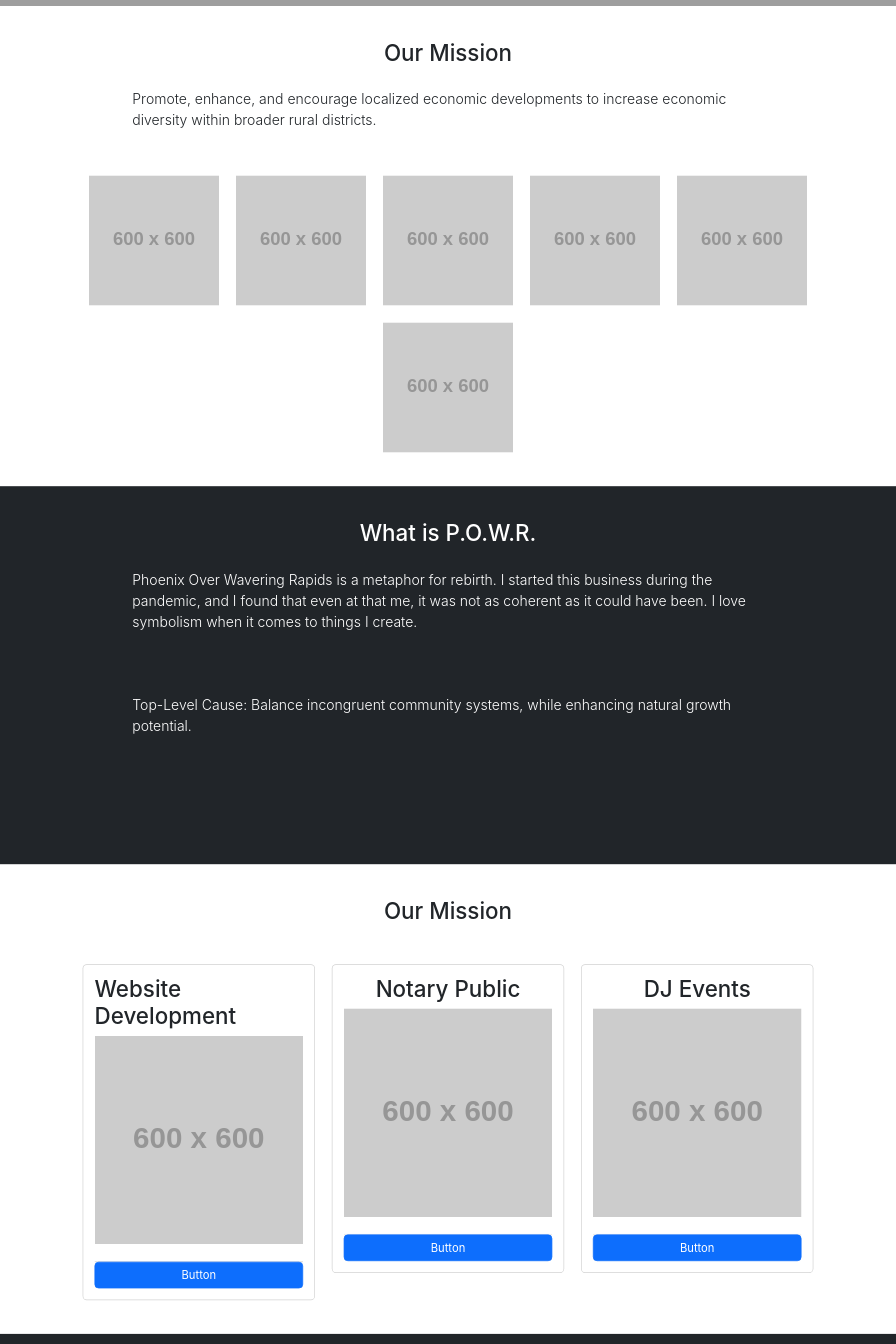
Repository: DragonFruit8/basic-website
Page: /
An editor plug-in stored every save of this project. The page is shown before and after the next save, followed by the edit.
The browser window is 1280 px wide. The pictures show the part of the page from y = 712 to 2632 px (the page is 2913 px tall before and 3681 px after), at 70% of full size.
Pictures or frames that could not be fetched are drawn as grey boxes. The project was rebuilt for these pictures with package versions that can differ from the ones it lists, and the page was loaded fresh each time. Also part of the build but not shown: src/Img/ProductImage.js, src/pages/ShopPage.js.

Above is the page before, as saved 2024-06-23 09:38:34.

### public/index.html
<!DOCTYPE html>
<html lang="en">
  <head>
    <meta charset="utf-8" />
    <link rel="icon" href="%PUBLIC_URL%/favicon.ico" />
    <meta name="viewport" content="width=device-width, initial-scale=1" />
    <meta name="theme-color" content="#000000" />
    <meta
      name="description"
      content="Web site created using create-react-app"
    />
    <link rel="apple-touch-icon" href="%PUBLIC_URL%/logo192.png" />
    <!--
      manifest.json provides metadata used when your web app is installed on a
      user's mobile device or desktop. See https://developers.google.com/web/fundamentals/web-app-manifest/
    -->
    <link rel="manifest" href="%PUBLIC_URL%/manifest.json" />
    <link href="https://cdn.jsdelivr.net/npm/bootstrap@5.3.3/dist/css/bootstrap.min.css" rel="stylesheet" integrity="sha384-QWTKZyjpPEjISv5WaRU9OFeRpok6YctnYmDr5pNlyT2bRjXh0JMhjY6hW+ALEwIH" crossorigin="anonymous">
    <!--
      Notice the use of %PUBLIC_URL% in the tags above.
      It will be replaced with the URL of the `public` folder during the build.
      Only files inside the `public` folder can be referenced from the HTML.

      Unlike "/favicon.ico" or "favicon.ico", "%PUBLIC_URL%/favicon.ico" will
      work correctly both with client-side routing and a non-root public URL.
      Learn how to configure a non-root public URL by running `npm run build`.
    -->
    <title>React App</title>
  </head>
  <body>
    <noscript>You need to enable JavaScript to run this app.</noscript>
    <div id="root"></div>
    <!--
      This HTML file is a template.
      If you open it directly in the browser, you will see an empty page.

      You can add webfonts, meta tags, or analytics to this file.
      The build step will place the bundled scripts into the <body> tag.

      To begin the development, run `npm start` or `yarn start`.
      To create a production bundle, use `npm run build` or `yarn build`.
    -->
    <script src="https://cdn.jsdelivr.net/npm/@popperjs/core@2.11.8/dist/umd/popper.min.js" integrity="sha384-I7E8VVD/ismYTF4hNIPjVp/Zjvgyol6VFvRkX/vR+Vc4jQkC+hVqc2pM8ODewa9r" crossorigin="anonymous"></script>
<script src="https://cdn.jsdelivr.net/npm/bootstrap@5.3.3/dist/js/bootstrap.min.js" integrity="sha384-0pUGZvbkm6XF6gxjEnlmuGrJXVbNuzT9qBBavbLwCsOGabYfZo0T0to5eqruptLy" crossorigin="anonymous"></script>
  </body>
</html>

### src/App.js
import React from 'react';
import { BrowserRouter as Router, Routes, Route } from 'react-router-dom';
import './App.css';
import Navbar from './components/Navbar';
import Sidebar from './components/Sidebar';
import HomePage from './pages/HomePage';
import ShopPage from './pages/ShopPage';

function App() {

  return (
    <>
      <Router>
        <Navbar />
        <Sidebar />
        <Routes>
          <Route path="/" element={<HomePage />} />
          <Route path="/shop" element={<ShopPage />} />
        </Routes>
   </Router>
    </>
  );
}

export default App;

### src/App.css
.App {
  text-align: center;
  z-index: -10;
}

.App-logo {
  height: 40vmin;
  pointer-events: none;
  z-index: 0;
}

@media (prefers-reduced-motion: no-preference) {
  .App-logo {
    animation: App-logo-spin infinite 20s linear;
  }
}

.App-header {
  background-color: #282c34;
  min-height: 100vh;
  display: flex;
  flex-direction: column;
  align-items: center;
  justify-content: center;
  font-size: calc(10px + 2vmin);
  color: white;
}

.App-link {
  color: #61dafb;
}
#sidebar {
  display: flex;
  flex-direction: column;
  background-color: transparent !important;
  height: 100%;
  width: 100px;
  position: fixed;
  top: 55px;
  left: 0;
  z-index: 1;
  overflow-x: hidden;
  padding-top: 20px;
  z-index: 10;
  /* rounded corners*/
  border-radius: 100px;

}

#offcanvasNavbar{
  position: fixed;
  margin-top: 55px;
}

#sidebarButton {
  position: absolute;
  bottom: 100px;
  left: 0px;
  width: 75px;
  height: 75px;
  border: none;
  color: white;
  padding: 10px 10px;
  text-align: center;
  text-decoration: none;
  display: inline-block;
  font-size: 16px;
  margin: auto auto -30px 10px;
  cursor: pointer;
  z-index: 100;
  border-radius: 100%;
  background-color: #007bff;
}

#closeButton, .btn-close {
  color: white !important;
  margin-left: 15px;
}
#aboutSec {
  height: 75vh;
}
.offcanvas-body {
 padding: 0 100px 0 100px;
}
#luna {
  position: relative;
  background-size: cover;
  background-repeat: no-repeat;
  background-position: center;
  height: auto;
  width: 250px;
  margin: 0 auto;
}

/* HomePage Hero */
.hero {
  height: 100vh;
  width: 100%;
  display: flex;
  align-items: center;
  color: white !important;
  text-align: center;
  font-size: 2rem;
  font-weight: 700;
  background: url('https://unsplash.com/photos/photo-of-outer-space-Q1p7bh3SHj8');
  background-size: cover;
  background-repeat: no-repeat;
  background-position: center;
  background-color: rgba(0, 0, 0, 0.8);

}
.hero-content
.dropdown-item {
  width: 100%;
  margin: 0 auto;
  color: white;
  background-color: #007bff;
}
.dropdown-item:hover {
  background-color: #0056b3;
  color: white;
}


a.nav-link, a.nav-item {
  color: white !important;
}
a.nav-link, a.nav-item {
 padding: 20px 0 20px 0;
}

a.nav-link:hover, a.nav-item:hover {
  color: #ffd000 !important;
}
a.active {
  color: #007bff !important;
}

/* Shop */
.shop {
  height: auto;
  width: 100%;
  display: flex;
  align-items: center;
  color: white !important;
  flex-direction: col !important;
  text-align: center;
  font-size: 2rem;
  font-weight: 700;
  background: url('https://unsplash.com/photos/photo-of-outer-space-Q1p7bh3SHj8');
  background-size: cover;
  background-repeat: no-repeat;
  background-position: center;
  background-color: rgba(0, 0, 0, 0.8);
  flex-wrap: wrap;
  padding-top: 150px;
  padding: 150px 0 150px 0;

}
#shopItem {
  min-width: 400px;
  margin: 0 auto;
  color: white;
  list-style-type: none;
  padding: 0;
}

@keyframes App-logo-spin {
  from {
    transform: rotate(0deg);
  }
  to {
    transform: rotate(360deg);
  }
}

### src/components/Navbar.js
import React from 'react';
import data from '../../src/data';
// import axio from '../Instance';
// import Button from 'react-bootstrap/Button';
// import Modal from 'react-bootstrap/Modal';


const Navbar = () => {

    // const [email, setEmail] = useState('');
    // const [comment, setComment] = useState('');
    // const [show, setShow] = useState(false);

    // const handleClose = () => setShow(false);
    // const handleShow = () => setShow(true);

    // const clearForm = () => {
    //     setEmail('');
    //     setComment('');
    // };



    // const handleSubmit = (event) => {
    //     event.preventDefault();

    //     axio.post('/comments', {
    //         email,
    //         comment
    //     })
    //         .then(() => {
    //             console.log('Review submitted');
    //         })
    //         .catch((error) => {
    //             console.log(error);
    //         });
    //     clearForm();
    // };

    const path = window.location.pathname;
    return (
        <>
            {/* navbar navbar-expand-lg bg-body-tertiary navbar-dark bg-dark */}
            <nav className="navbar navbar-dark navbar-expand-lg bg-dark fixed-top">
                <div className="container-fluid ps-5">
                    <a className="navbar-brand" href="/">LOGO</a>
                    <button className="navbar-toggler" type="button" data-bs-toggle="collapse" data-bs-target="#navbarNav" aria-controls="navbarNav" aria-expanded="false" aria-label="Toggle navigation">
                        <span className="navbar-toggler-icon"></span>
                    </button>
                    <div className="collapse navbar-collapse" id="navbarNav">
                        <ul className="navbar-nav my-2 ms-auto me-0">
                            <li className="nav-item">
                                <a className={`nav-link ${path === `/${data.link1.b}` ? 'active' : ''}`} aria-current="page" href={`/${data.link1.b}`}>{data.link1.a}</a>
                            </li>
                            <li className="nav-item">
                                <a className={`nav-link ${path === `/${data.link2.b}` ? 'active' : ''}`} aria-current="page" href={`/${data.link2.b}`}>{data.link2.a}</a>
                            </li>
                            <li className="nav-item">
                                <a className={`nav-link ${path === `/${data.link3.b}` ? 'active' : ''}`} aria-current="page" href={`/${data.link3.b}`}>{data.link3.a}</a>
                            </li>
                        </ul>
                        {/* <span id='reviewModal' className="d-flex">
                                <Button variant="primary" onClick={handleShow}>Write a Review</Button>
                            </span> */}
                    </div>
                </div>
            </nav>
            {/* <Modal show={show} onHide={handleClose}>
                <Modal.Header closeButton>
                    <Modal.Title>Modal heading</Modal.Title>
                </Modal.Header>
                <Modal.Body>
                    <div
                        className="modal show"
                        style={{ display: 'block', position: 'initial' }}
                    >
                        <form // onSubmit={handleSubmit}
                        >
                            <div className="form-group">
                                <label htmlFor="email"
                                    className='form-label fs-5'
                                >Email</label>
                                <input
                                    type="email"
                                    id="email"
                                    value={email}
                                    onChange={(event) => setEmail(event.target.value)}
                                    required
                                    className='form-control'
                                />
                            </div>
                            <div className="form-group">
                                <label htmlFor="comment"
                                    className='form-label fs-5'
                                >Comment</label>
                                <textarea
                                    id="comment"
                                    value={comment}
                                    onChange={(event) => setComment(event.target.value)}
                                    required
                                    className='form-control'
                                />
                            </div>
                            <Button type="submit">Submit</Button>
                        </form>
                    </div>
                </Modal.Body>
                <Modal.Footer>
                    <Button variant="secondary" onClick={handleClose}>
                        Close
                    </Button>
                </Modal.Footer>
            </Modal> */}
        </>
    );
}

export default Navbar;

### src/components/Sidebar.js
import React from 'react'

export const canvasButton = () => {
    return (
        <button id='sidebarButton' className="btn btn-primary" type="button" data-bs-toggle="offcanvas" data-bs-target="#offcanvasNavbar" aria-controls="offcanvasNavbar">
        MENU
        </button>
    )
    }
export default function Sidebar() {

    return (
        <div>
            <sidebar id="sidebar" className="navbar bg-body-tertiary fixed-top">
                <div className="container-fluid">
                    <div className="offcanvas offcanvas-start bg-dark" tabindex="-1" id="offcanvasNavbar" aria-labelledby="offcanvasNavbarLabel">

                        <div className="offcanvas-body">
                            <ul className="navbar-nav justify-content-end flex-grow-1 pe-3 mt-5">

                                        <li><a className="nav-link" href="/shop">Shop</a></li>
                                        <li><a className="nav-link" href="/">Review</a></li>
                                        <li>
                                            <hr className="dropdown-divider" />
                                        </li>
                                        <li><a className="nav-link" href="/">Vote</a></li>
                            </ul>
                            {/* <form className="d-flex mt-3" role="search">
                                <input className="form-control me-2" type="search" placeholder="Search" aria-label="Search" />
                                <button className="btn btn-outline-success" type="submit">Search</button>
                            </form> */}
                        </div>
                    <div className="offcanvas-footer d-flex justify-content-start mb-5 ms-3">
                        {/* <h5 className="offcanvas-title" id="offcanvasNavbarLabel"></h5> */}
                        <button id='close' type="button" className="btn-close" data-bs-dismiss="offcanvas" aria-label="Close"></button>
                    </div>
                    </div>
                </div>
                {
                    canvasButton()
                }
            </sidebar>


        </div>
    )
}

### src/pages/HomePage.js
import React from 'react';
import MissionSec from '../sections/MissionSec';
import AboutSec from '../sections/AboutSec';
import ServiceSec from '../sections/ServiceSec';
import SupportSec from '../sections/SupportSec';
import HeroSec from '../sections/HeroSec';

const HomePage = () => {
    return (
        <>
            <HeroSec />
            <MissionSec />
            <AboutSec />
            <ServiceSec />
            <SupportSec />
        </>
    );
};

export default HomePage;

### src/data.js
const data = {
    thcProductsLink: { a: 'THC Products', b: 'thc-products' },
    ballroomDanceLessonsLink: { a: 'Ballroom Dance Lessons', b: 'ballroom-dance-lessons' },
    reviewsLink: { a: 'Reviews', b: 'reviews' },
    link1: { a: 'Shop', b: 'shop' },
    link2: { a: 'Review', b: 'review' },
    link3: { a: 'Vote', b: 'vote' }
};

export default data;

### src/sections/MissionSec.js
import React from 'react'

function MissionSec() {
  return (
      <section>
          <div className="container py-5">
          <div className="row justify-content-center gap-5">
            <div className="col-lg-10 d-flex row gap-4">
              <h2 className="text-center">Our Mission</h2>
                      <p className="lead">Promote, enhance, and encourage localized economic developments to increase economic
                          diversity within broader rural districts.</p>
            </div>

          <div className="d-flex flex-wrap gap-4 justify-content-center">
            {/* Data Items .map + flex-wrap min-width */}
                  <div className="col-2">
                  <img src="https://via.placeholder.com/600" alt="placeholder" className="img-fluid" />
                  </div>
                  <div className="col-2">
                  <img src="https://via.placeholder.com/600" alt="placeholder" className="img-fluid" />
                  </div>
                  <div className="col-2">
                  <img src="https://via.placeholder.com/600" alt="placeholder" className="img-fluid" />
                  </div>
                  <div className="col-2">
                  <img src="https://via.placeholder.com/600" alt="placeholder" className="img-fluid" />
                  </div>
                  <div className="col-2">
                  <img src="https://via.placeholder.com/600" alt="placeholder" className="img-fluid" />
                  </div>
                  <div className="col-2">
                  <img src="https://via.placeholder.com/600" alt="placeholder" className="img-fluid" />
                  </div>
                              </div>
              </div>
        </div>
      </section>
  )
}

export default MissionSec

### src/sections/AboutSec.js
import React from 'react'

function AboutSec() {
  return (
      <section id="aboutSec" className='bg-dark text-white'>
          <div className="container py-5">
          <div className="row justify-content-center gap-5">
          <div className="col-lg-10 d-flex row gap-4">
              <h2 className="text-center">What is P.O.W.R.</h2>
            <p className="lead">Phoenix Over Wavering Rapids is a metaphor for rebirth. I started this business during the pandemic, and I
              found that even at that me, it was not as coherent as it could have been. I love symbolism when it comes to
              things I create.</p>
            <br />
            <p className="lead">Top-Level Cause: Balance incongruent community systems, while enhancing natural growth potential. </p>
          </div>
        </div>
      </div>
      </section>
  )
}

export default AboutSec

### src/sections/ServiceSec.js
import React from 'react'

function ServiceSec() {
  return (
    <section>
      <div className="container py-5">
        <div className="row justify-content-center gap-5">
          <div className="col-lg-10 d-flex row gap-4">
            <h2 className="text-center">Our Mission</h2>
          </div>

          <div class="container px-5">
            <div className="row justify-content-center flex-wrap">
            {/* Data Items .map + flex-wrap min-width */}
              <div className="col">
                <div class="card">
                  <div class="card-body">
                  <h2 className="card-title d-flex justify-content-center">Website Development</h2>
                    <img src="https://via.placeholder.com/600" alt="placeholder" className="img-fluid" />
                    <div class="card-footer d-flex p-0 mt-4">
                    <button className="btn btn-primary flex-fill">Button</button>
                    </div>
                  </div>
                </div>
              </div>
              <div className="col">
                <div class="card">
                  <div class="card-body">
                  <h2 className="card-title d-flex justify-content-center">Notary Public</h2>
                    <img src="https://via.placeholder.com/600" alt="placeholder" className="img-fluid" />
                    <div class="card-footer d-flex p-0 mt-4">
                    <button className="btn btn-primary flex-fill">Button</button>
                    </div>
                  </div>
                </div>
              </div>
              <div className="col">
                <div class="card">
                  <div class="card-body">
                  <h2 className="card-title d-flex justify-content-center">DJ Events</h2>
                    <img src="https://via.placeholder.com/600" alt="placeholder" className="img-fluid" />
                    <div class="card-footer d-flex p-0 mt-4">
                    <button className="btn btn-primary flex-fill">Button</button>
                    </div>
                  </div>
                </div>
              </div>
            </div>
                    </div>
          </div>
      </div>
    </section>
  )
}

export default ServiceSec

### src/sections/SupportSec.js
import React from 'react'
// import Badge from 'react-bootstrap/Badge';
import LunaLogo from '../Img/LunaLogo';

const SupportSec = () => {


    return (
      <section id="supportSec" className='bg-dark text-white'>
        <div className="container py-5">
          <div className="row justify-content-center gap-5">
            <div className="col-lg-12 d-flex row gap-5">
              <h2 className="text-center">Support</h2>
              <div className='row gap-5 flex-wrap my-2'>
                <div className='col py-2'>
                  <LunaLogo />
                </div>
                <div className='col py-2'>
                 <LunaLogo />
                </div>
                <div className='col py-2'>
                  <LunaLogo />
                </div>
                <div className='col py-2'>
                  <LunaLogo />
                </div>
                <div className='col py-2'>
                  <LunaLogo />
                </div>
                <div className='col py-2'>
                  <LunaLogo />
                </div>
              </div>
            </div>
          </div>
        </div>
      </section>

)
}

export default SupportSec

### src/sections/HeroSec.js
import React from 'react';

const HeroSec = () => {
    return (
        <section className="hero">
            <div className="container">
                <div className="row justify-content-center">
                    <div className="col-lg-6">
                        <div className="hero-content">
                            <h1>Welcome to My Website</h1>
                            <p>Discover the amazing POWR of our products.</p>
                            <button className="btn btn-primary">Get Started</button>
                        </div>
                    </div>
                </div>
            </div>
        </section>
    );
};

export default HeroSec;

### src/Img/LunaLogo.js
import React from 'react'
import '../../src/Img/Luna_logo.png'
const LunaLogo = () => {
    const logo = require('../../src/Img/Luna_logo.png')
  return (
      <div>
          <img id='luna' src={logo} alt="placeholder" className="img-fluid" />
      </div>
  )
}

export default LunaLogo

Loaded but not shown: src/index.js (common file); src/index.css (common file); src/reportWebVitals.js (common file)

After the next save:
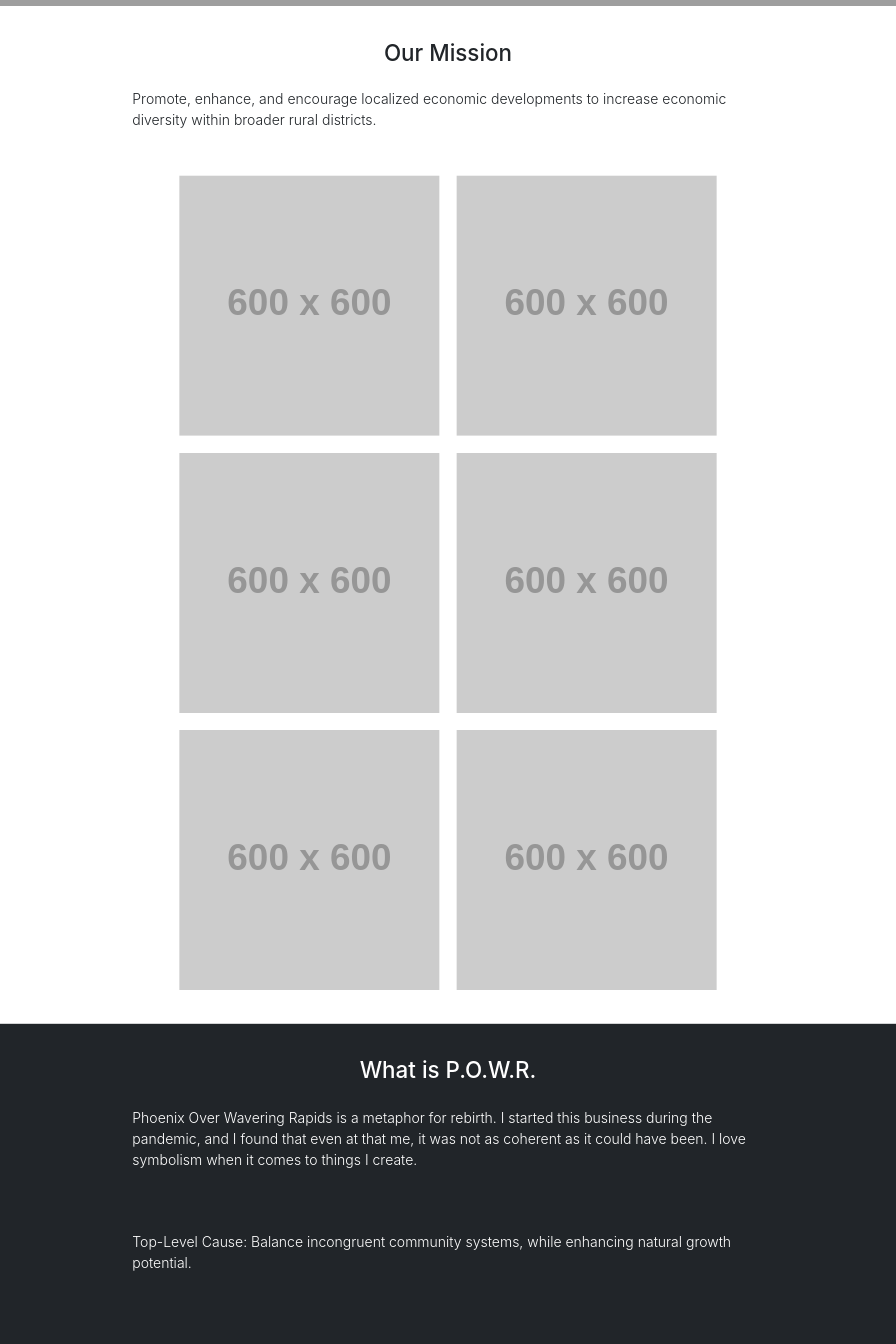
Saved 16 s later.
--- a/src/sections/MissionSec.js
+++ b/src/sections/MissionSec.js
@@ -13,22 +13,22 @@
 
           <div className="d-flex flex-wrap gap-4 justify-content-center">
             {/* Data Items .map + flex-wrap min-width */}
-                  <div className="col-2">
+                  <div className="col-4">
                   <img src="https://via.placeholder.com/600" alt="placeholder" className="img-fluid" />
                   </div>
-                  <div className="col-2">
+                  <div className="col-4">
                   <img src="https://via.placeholder.com/600" alt="placeholder" className="img-fluid" />
                   </div>
-                  <div className="col-2">
+                  <div className="col-4">
                   <img src="https://via.placeholder.com/600" alt="placeholder" className="img-fluid" />
                   </div>
-                  <div className="col-2">
+                  <div className="col-4">
                   <img src="https://via.placeholder.com/600" alt="placeholder" className="img-fluid" />
                   </div>
-                  <div className="col-2">
+                  <div className="col-4">
                   <img src="https://via.placeholder.com/600" alt="placeholder" className="img-fluid" />
                   </div>
-                  <div className="col-2">
+                  <div className="col-4">
                   <img src="https://via.placeholder.com/600" alt="placeholder" className="img-fluid" />
                   </div>
                               </div>
